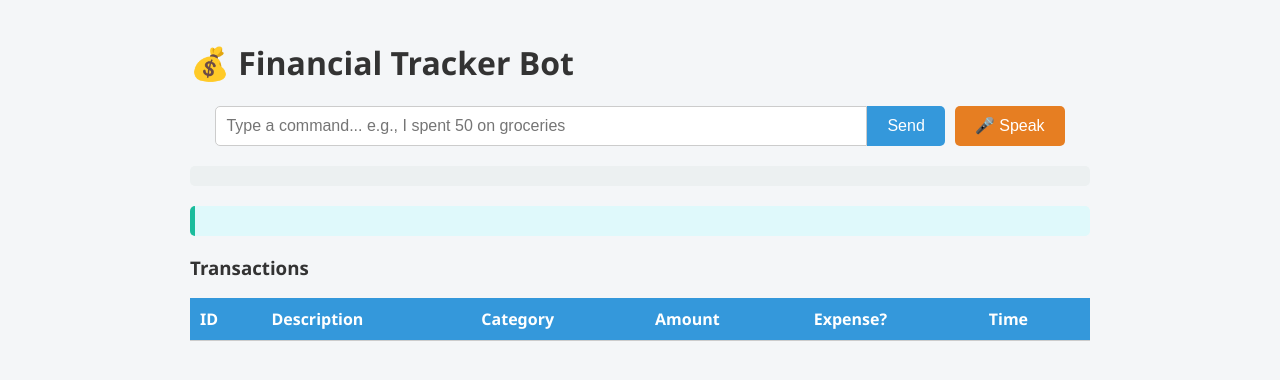
Repository: Aroxy22/finance-tracker
Page: backend/index.html
These files come from the project's save history. The page is drawn as it stood at one moment and after the next save; the edit follows.
The browser window is 1280 px wide. The pictures show the whole page.
The page's requests for data from a server got no answer.

Above is the page before, as saved 2025-09-08 19:03:33.

### backend/index.html
<!DOCTYPE html>
<html lang="en">
<head>
<meta charset="UTF-8">
<title>Financial Tracker Bot</title>
<meta name="viewport" content="width=device-width, initial-scale=1.0">
<style>
body {
    font-family: 'Segoe UI', Tahoma, Geneva, Verdana, sans-serif;
    margin: 0;
    padding: 0;
    background: #f4f6f8;
    color: #333;
}
.container {
    max-width: 900px;
    margin: auto;
    padding: 20px;
}
.input-group {
    display: flex;
    justify-content: center;
    margin-bottom: 20px;
}
input[type=text] {
    padding: 10px;
    width: 70%;
    border: 1px solid #ccc;
    border-radius: 5px 0 0 5px;
    font-size: 16px;
}
button {
    padding: 10px 20px;
    border: none;
    background-color: #3498db;
    color: white;
    cursor: pointer;
    font-size: 16px;
    border-radius: 0 5px 5px 0;
    transition: background 0.3s;
}
button:hover {
    background-color: #2980b9;
}
#speechBtn {
    background-color: #e67e22;
    border-radius: 5px;
    margin-left: 10px;
}
#speechBtn:hover {
    background-color: #d35400;
}
#response {
    margin: 20px 0;
    padding: 10px;
    background: #ecf0f1;
    border-radius: 5px;
    white-space: pre-wrap;
}
#transactions table {
    width: 100%;
    border-collapse: collapse;
}
#transactions th, #transactions td {
    padding: 10px;
    text-align: left;
    border-bottom: 1px solid #ccc;
}
#transactions th {
    background-color: #3498db;
    color: white;
}
#transactions tr:nth-child(even) {
    background-color: #f2f2f2;
}
#summary {
    margin-top: 20px;
    padding: 15px;
    background: #dff9fb;
    border-left: 5px solid #1abc9c;
    border-radius: 5px;
}
.income { color: green; }
.expense { color: red; }
</style>
</head>
<body>
<div class="container">
    <h1>💰 Financial Tracker Bot</h1>
    <div class="input-group">
        <input type="text" id="textInput" placeholder="Type a command... e.g., I spent 50 on groceries">
        <button onclick="sendText()">Send</button>
        <button id="speechBtn">🎤 Speak</button>
    </div>
    <div id="response"></div>
    <div id="summary"></div>
    <div id="transactions">
        <h3>Transactions</h3>
        <table>
            <thead>
                <tr>
                    <th>ID</th>
                    <th>Description</th>
                    <th>Category</th>
                    <th>Amount</th>
                    <th>Expense?</th>
                    <th>Time</th>
                </tr>
            </thead>
            <tbody id="txBody"></tbody>
        </table>
    </div>
</div>
<script>
const responseDiv = document.getElementById("response");
const txBody = document.getElementById("txBody");
const summaryDiv = document.getElementById("summary");

async function sendCommand(text) {
    const res = await fetch("/api/command", {
        method: "POST",
        headers: {"Content-Type":"application/json"},
        body: JSON.stringify({text})
    });
    const data = await res.json();
    responseDiv.innerText = JSON.stringify(data, null, 2);
    if(data.status === "need_amount"){
        let amt = prompt(data.message);
        if(amt) sendCommand(`${data.description} ${amt}`);
        return;
    }
    listTransactions();
    showSummary();
}

function sendText(){
    const text = document.getElementById("textInput").value;
    if(text) sendCommand(text);
}

async function listTransactions(){
    const res = await fetch("/api/command", {
        method: "POST",
        headers: {"Content-Type":"application/json"},
        body: JSON.stringify({text: "list"})
    });
    const data = await res.json();
    txBody.innerHTML = "";
    if(data.transactions){
        data.transactions.forEach(tx => {
            const tr = document.createElement("tr");
            tr.innerHTML = `
                <td>${tx.id}</td>
                <td>${tx.desc}</td>
                <td>${tx.category}</td>
                <td class="${tx.is_expense?'expense':'income'}">${tx.amount.toFixed(2)}</td>
                <td>${tx.is_expense ? "Yes" : "No"}</td>
                <td>${new Date(tx.ts).toLocaleString()}</td>
            `;
            txBody.appendChild(tr);
        });
    }
}

async function showSummary(){
    const res = await fetch("/api/command", {
        method: "POST",
        headers: {"Content-Type":"application/json"},
        body: JSON.stringify({text: "summary"})
    });
    const data = await res.json();
    if(data.status==="ok"){
        summaryDiv.innerHTML = `
            <strong>Summary:</strong><br>
            Income: <span class="income">$${data.income.toFixed(2)}</span><br>
            Expense: <span class="expense">$${data.expense.toFixed(2)}</span><br>
            Balance: $${data.balance.toFixed(2)}
        `;
    }
}

const speechBtn = document.getElementById("speechBtn");
if('webkitSpeechRecognition' in window){
    const recognition = new webkitSpeechRecognition();
    recognition.continuous = false;
    recognition.interimResults = false;
    recognition.lang = "en-US";
    recognition.onresult = function(event){
        const transcript = event.results[0][0].transcript;
        sendCommand(transcript);
    };
    recognition.onerror = function(event){ alert("Speech error: "+event.error); };
    speechBtn.onclick = () => recognition.start();
}else{
    speechBtn.disabled = true;
    speechBtn.innerText = "Speech not supported";
}

listTransactions();
showSummary();
</script>
</body>
</html>

After the next save:
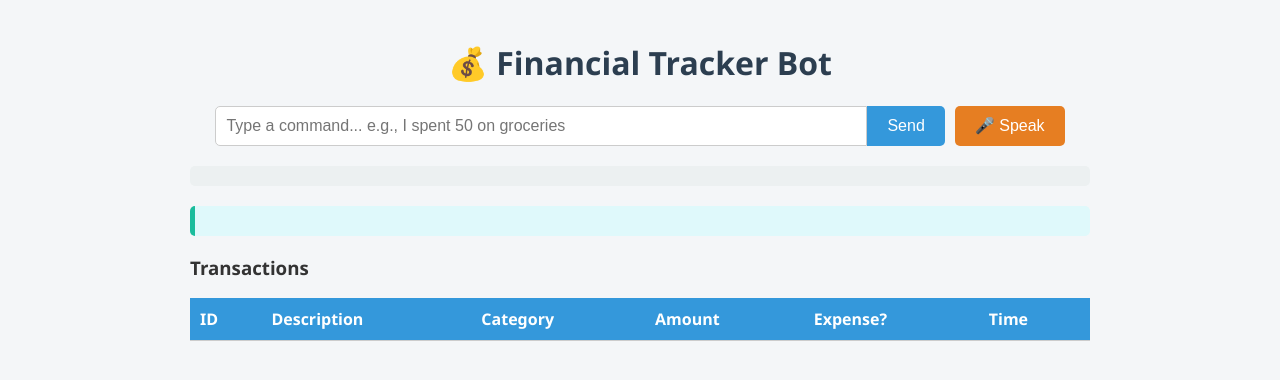
Saved 58 s later.
--- a/backend/index.html
+++ b/backend/index.html
@@ -11,6 +11,10 @@ body {
     padding: 0;
     background: #f4f6f8;
     color: #333;
+}
+h1 {
+    text-align: center;
+    color: #2c3e50;
 }
 .container {
     max-width: 900px;
